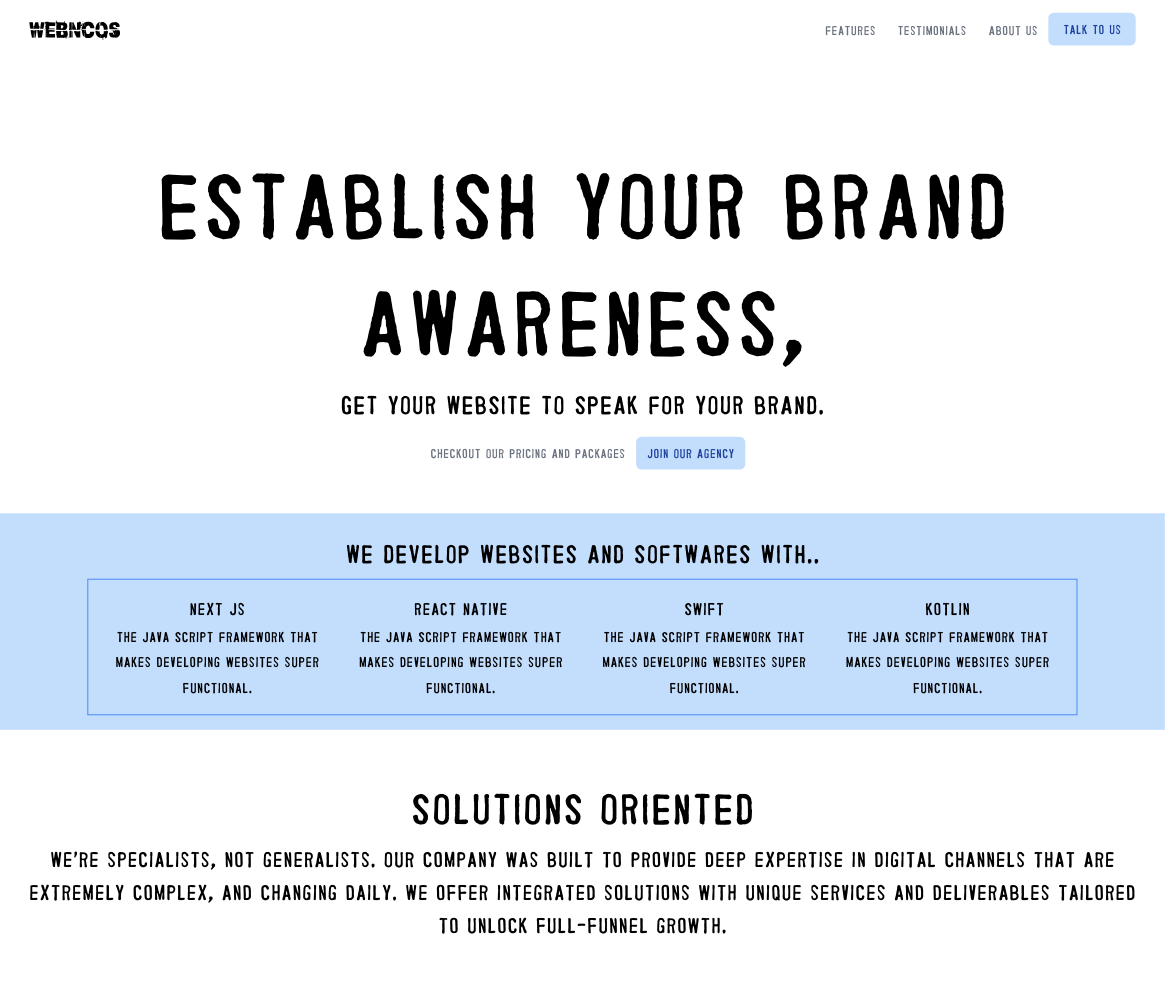
Repository: 1realjulius/webncos
Page: /
These files come from the project's save history. The page is drawn as it stood at one moment and after the next save; the edit follows.
The browser window is 1280 px wide. The pictures show the whole page, at 91% of full size.
The project was rebuilt for these pictures with package versions that can differ from the ones it lists, and the page was loaded fresh each time. The framework's server and built-in components were replaced by stand-ins that run in the browser. Also part of the build but not shown: next.config.js.

Above is the page before, as saved 2022-09-02 08:55:25.

### pages/index.tsx
import type { NextPage } from "next";
import Head from "next/head";
import ComingSoon from "../components/ComingSoon";
import MainHome from "../components/MainHome";
import NavigationBar from "../components/NavigationBar";

const Home: NextPage = () => {
  return (
    <div className="flex min-h-screen flex-col font-parcel">
      <Head>
        <title>Webncos</title>
        <meta
          name="description"
          content="Website and Software Development Agency."
        />
        <meta property="og:type" content="website" />
        <meta property="og:url" content="https://www.webncos.com/" />
        <meta
          property="og:title"
          content="Webncos — Website and Software Development Agency."
        />
        <meta
          property="og:description"
          content="Website and Software Development Agency."
        />
        {/* <meta property="og:image" content="/Assets/newmemoji.svg"/> */}
        {/* <meta property="twitter:card" content="/Assets/Julius_Eghan.jpg"/> */}
        <meta property="twitter:url" content="https://www.webncos.com/" />
        <meta
          property="twitter:title"
          content="Webncos — Website and Software Development Agency."
        />
        <meta
          property="twitter:description"
          content="Website and Software Development Agency."
        />
        {/* <meta property="twitter:image" content="/Assets/Julius_Eghan.jpg"/> */}
        <link rel="icon" href="/favicon.ico" />
        <link
          rel="apple-touch-icon"
          sizes="180x180"
          href="/apple-touch-icon.png"
        />
        <link
          rel="icon"
          type="image/png"
          sizes="32x32"
          href="/favicon-32x32.png"
        />
        <link
          rel="icon"
          type="image/png"
          sizes="16x16"
          href="/favicon-16x16.png"
        />
        <link rel="manifest" href="/site.webmanifest" />
        {/* <meta name="google-site-verification" content="0HesePHVymRqGiL70HUKPIq0Zsap0uUIb_Ci0DpImRY" /> */}
        <meta
          name="theme-color"
          content="#2563eb"
          media="(prefers-color-scheme: light)"
        />
        <meta
          name="theme-color"
          content="#2563eb"
          media="(prefers-color-scheme: dark)"
        />
      </Head>
      <NavigationBar />
      <MainHome />
    </div>
  );
};

export default Home;

### styles/globals.css
@tailwind base;
@tailwind components;
@tailwind utilities;

@layer base{
      @font-face{
        font-family: 'ApercuBold';
        src: url("/Fonts/ApercuPro-Bold.woff") format("woff"),url("/Fonts/ApercuPro-Bold.woff2") format("woff2");
      }
      @font-face{
        font-family: 'ApercuMedium';
        src: url("/Fonts/ApercuPro-Medium.woff") format("woff"),url("/Fonts/ApercuPro-Medium.woff2") format("woff2");
      }
      @font-face{
        font-family: 'circularBlack';
        src: url("/Fonts/circular-black.woff2") format("woff2");
      }
      @font-face{
        font-family: 'circularBold';
        src: url("/Fonts/circular-bold.woff2") format("woff2");
      }
      @font-face{
        font-family: 'circularBook';
        src: url("/Fonts/circular-book.woff2") format("woff2");
      }
      @font-face{
        font-family: 'circularMedium';
        src: url("/Fonts/circular-medium.woff2") format("woff2");
      }
      @font-face{
        font-family: 'parcel';
        src: url("/Fonts/parcel.woff2") format("woff2"), url("/Fonts/parcel.woff") format("woff");
      }
    }

### components/MainHome.tsx
import Link from "next/link";
import React from "react";
import Image from "next/image";
import FeatureImg from "/Assets/Julius_Eghan.jpg";
import FImg from "/Assets/Julius_Eghan.jpg";

const MainHome = () => {
  return (
    <div>
      {/* header */}
      <div>
        <div className=" flex flex-col items-center justify-center mt-20 mb-10">
          <div className="pt-4 pb-2">
            <h1 className="text-6xl md:text-9xl text-center font-parcel px-2">
              ESTABLISH YOUR BRAND AWARENESS,
            </h1>
          </div>
          <div className="pb-2">
            <h2 className="text-2xl md:text-4xl font-parcel px-2">
              GET YOUR WEBSITE TO SPEAK FOR YOUR BRAND.
            </h2>
          </div>
          <div className="flex flex-col md:flex-row items-center">
            <div className="px-3 py-1 my-2">
              <Link href="#">
                <h3 className="text-gray-500 hover:text-gray-900 cursor-pointer text-lg">
                  Checkout Our Pricing And Packages
                </h3>
              </Link>
            </div>
            <Link href="#">
              <div className="px-3 py-1 rounded-md bg-blue-200 active:bg-blue-300 my-2 cursor-pointer">
                <h3 className="text-blue-800 text-lg">Join Our Agency</h3>
              </div>
            </Link>
          </div>
        </div>
      </div>
      {/* We develop brands */}
      <div className="flex flex-col bg-blue-200 p-4 px-4 md:px-24 items-center justify-center">
        <div className="py-2">
          <h1 className="text-6xl md:text-4xl">
            WE DEVELOP WEBSITES AND SOFTWARES WITH..
          </h1>
        </div>
        <div className="p-2 flex flex-col md:flex-row border border-blue-500">
          <div className="flex flex-row">
            <div className="p-2 text-center">
              <div>
                <h1 className="text-2xl">Next Js</h1>
              </div>
              <div>
                <p className="text- base md:text-xl">The Java Script Framework that makes developing websites super
                functional.</p>
              </div>
            </div>
            <div className="p-2 text-center">
              <div>
                <h1 className="text-2xl">React Native</h1>
              </div>
              <div>
                <p className="text- base md:text-xl">The Java Script Framework that makes developing websites super
                functional.</p>
              </div>
            </div>
          </div>
          <div className=" flex flex-row">
            <div className="p-2 text-center">
              <div>
                <h1 className="text-2xl">Swift</h1>
              </div>
              <div>
                <p className="text- base md:text-xl">The Java Script Framework that makes developing websites super
                functional.</p>
              </div>
            </div>
            <div className="p-2 text-center">
              <div>
                <h1 className="text-2xl">Kotlin</h1>
              </div>
              <div>
                <p className="text- base md:text-xl">The Java Script Framework that makes developing websites super
                functional.</p>
              </div>
            </div>
          </div>
        </div>
      </div>
      {/* Fameworks Used */}
      <div className="py-12">
        <div className="flex flex-col items-center justify-center mx-4">
          <h1 className="text-6xl py-2">SOLUTIONS ORIENTED</h1>
          <p className="text-center text-2xl md:text-3xl">
            We’re specialists, not generalists. Our company was built to provide
            deep expertise in digital channels that are extremely complex, and
            changing daily. We offer integrated solutions with unique services
            and deliverables tailored to unlock full-funnel growth.
          </p>
        </div>
      </div>
      {/* Services We offer (Features) */}
      <div></div>
      {/* Testimonials */}
      <div></div>
      {/* FAQs */}
      <div></div>
      {/* Other Sections */}
      <div></div>
    </div>
  );
};

export default MainHome;

### components/NavigationBar.tsx
/* This example requires Tailwind CSS v2.0+ */
import { Fragment } from "react";
import { Disclosure, Menu, Transition } from "@headlessui/react";
import { BellIcon, MenuIcon, XIcon } from "@heroicons/react/outline";
import Link from "next/link";
import Image from "next/image";

function classNames(...classes: string[]) {
  return classes.filter(Boolean).join(" ");
}

export default function NavigationBar() {
  return (
    <Disclosure as="nav" className="bg-white">
      {({ open }) => (
        <>
          <div className="max-w-7xl mx-auto px-4 sm:px-6 lg:px-8">
            <div className="flex justify-between h-16">
              <div className="flex">
                <div className="flex-shrink-0 flex items-center">
                  {/* the logo */}
                  <Link href="#">
                    <Image
                      src="/Assets/webncos-logo-lg.svg"
                      width={100}
                      height={22}
                      alt="webncos logo"
                      className=""
                    />
                  </Link>
                </div>
                <div className="hidden sm:ml-6 sm:flex sm:space-x-8"></div>
              </div>
              <div className="hidden sm:ml-6 sm:flex sm:items-center">
                <a
                  href="#"
                  className="text-gray-500 text-lg hover:text-gray-900 inline-flex items-center px-3 pt-1 "
                >
                  Features
                </a>
                <a
                  href="#"
                  className=" text-gray-500 hover:text-gray-900 inline-flex items-center px-3 pt-1  text-lg"
                >
                  Testimonials
                </a>
                <a
                  href="#"
                  className=" text-gray-500 hover:text-gray-900 inline-flex items-center px-3 pt-1  text-lg"
                >
                  About Us
                </a>
                <Link href="#">
                  <div className="px-4 py-1 bg-blue-200 active:bg-blue-300 rounded-md cursor-pointer">
                    <h2 className="text-blue-800 text-lg">Talk To Us</h2>
                  </div>
                </Link>
              </div>
              <div className="-mr-2 flex items-center sm:hidden">
                {/* Mobile menu button */}
                <Disclosure.Button className="inline-flex items-center justify-center p-2 rounded-full text-gray-400 hover:text-gray-500 hover:bg-gray-100 ">
                  <span className="sr-only">Open main menu</span>
                  {open ? (
                    <XIcon className="block h-6 w-6" aria-hidden="true" />
                  ) : (
                    <MenuIcon className="block h-6 w-6" aria-hidden="true" />
                  )}
                </Disclosure.Button>
              </div>
            </div>
          </div>

          <Disclosure.Panel className="sm:hidden border-2 rounded-lg px-2 mx-2">
            <div className="flex flex-col pt-2 space-y-1 items-center">
              <a
                className="hover:bg-gray-100 w-full text-center py-2 rounded-md text-lg"
                href="#"
              >
                Features
              </a>
              <a
                className="hover:bg-gray-100 w-full text-center py-2 rounded-md text-lg"
                href="#"
              >
                Testimonials
              </a>
              <a
                className="hover:bg-gray-100 w-full text-center py-2 rounded-md text-lg"
                href="#"
              >
                About Us
              </a>
            </div>
            <div className="flex py-2 items-center justify-center">
              <Link href="#">
                <div className="px-3 py-1 bg-blue-200 active:bg-blue-300 rounded-md cursor-pointer">
                  <h2 className="text-blue-800 text-lg">Contact Us</h2>
                </div>
              </Link>
            </div>
          </Disclosure.Panel>
        </>
      )}
    </Disclosure>
  );
}

### tailwind.config.js
/** @type {import('tailwindcss').Config} */
module.exports = {
  content: [
    './pages/**/*.{js,ts,jsx,tsx}',
    './components/**/*.{js,ts,jsx,tsx}',
    "./node_modules/flowbite-react/**/*.js",
  ],
  theme: {
    extend: {
      fontFamily: {
        ApercuBold: 'ApercuBold, sans',
        ApercuMedium: 'ApercuMedium, sans',
        circularBlack: 'circularBlack, sans',
        circularBold: 'circularBold, sans',
        circularBook: 'circularBook, sans',
        circularMedium: 'circularMedium, sans',
        parcel: 'parcel, sans',
      },
    },
  },
  plugins: [
    require("flowbite/plugin")
  ],
}

Loaded but not shown: pages/_app.tsx (common file)

After the next save:
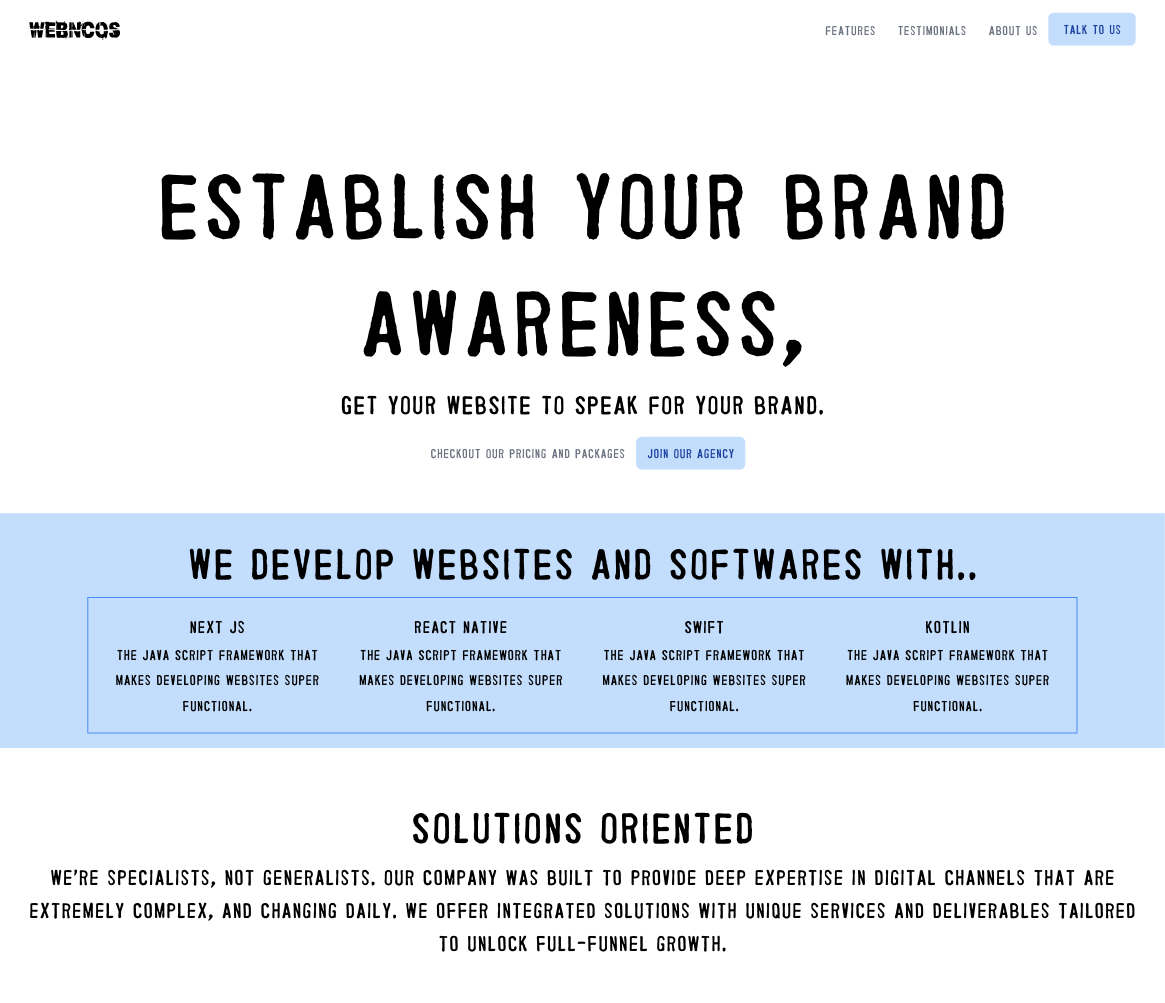
Saved 5 s later.
--- a/components/MainHome.tsx
+++ b/components/MainHome.tsx
@@ -39,7 +39,7 @@
       {/* We develop brands */}
       <div className="flex flex-col bg-blue-200 p-4 px-4 md:px-24 items-center justify-center">
         <div className="py-2">
-          <h1 className="text-6xl md:text-4xl">
+          <h1 className="text-6xl">
             WE DEVELOP WEBSITES AND SOFTWARES WITH..
           </h1>
         </div>

After the save that followed:
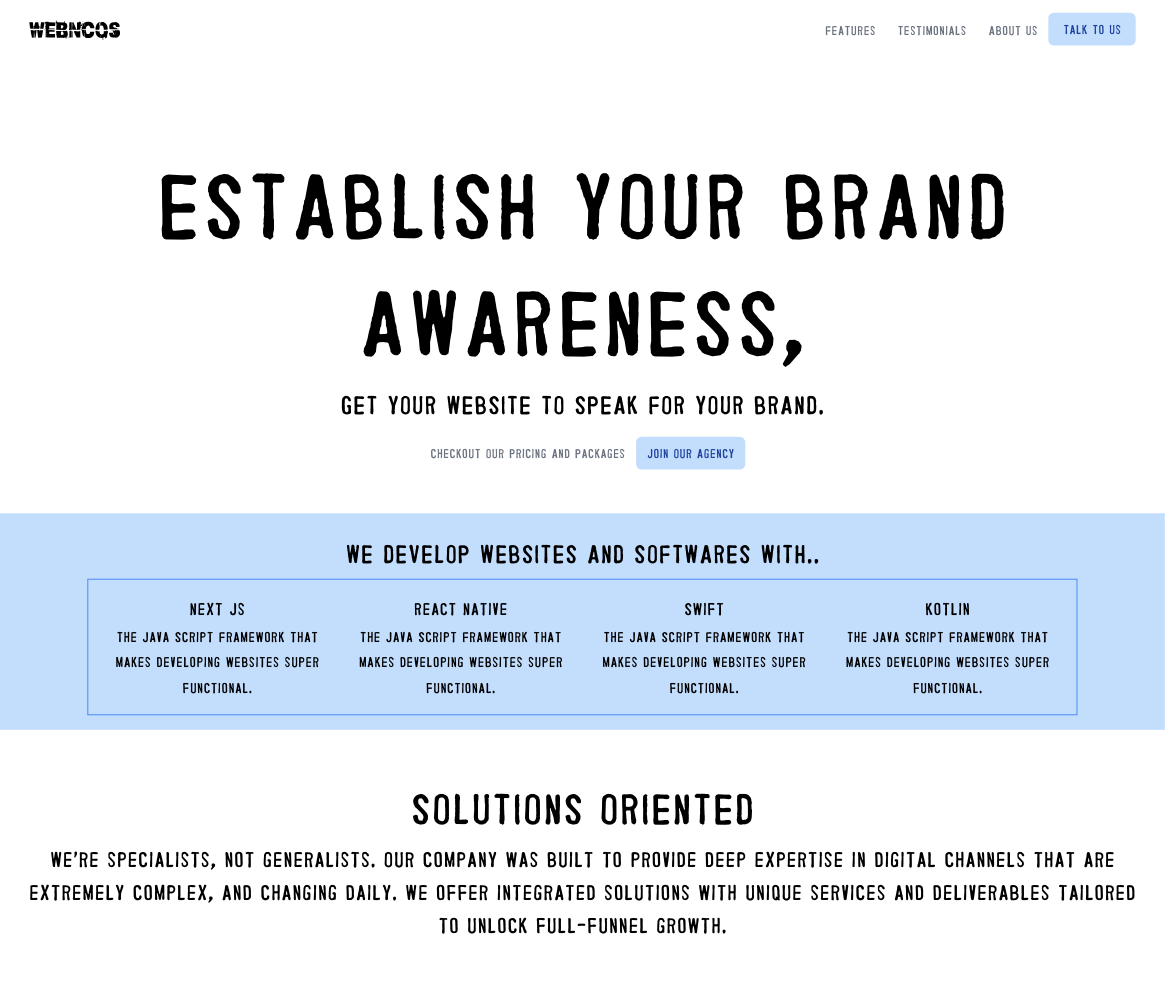
Saved 8 s later.
--- a/components/MainHome.tsx
+++ b/components/MainHome.tsx
@@ -39,7 +39,7 @@
       {/* We develop brands */}
       <div className="flex flex-col bg-blue-200 p-4 px-4 md:px-24 items-center justify-center">
         <div className="py-2">
-          <h1 className="text-6xl">
+          <h1 className="text-4xl">
             WE DEVELOP WEBSITES AND SOFTWARES WITH..
           </h1>
         </div>
